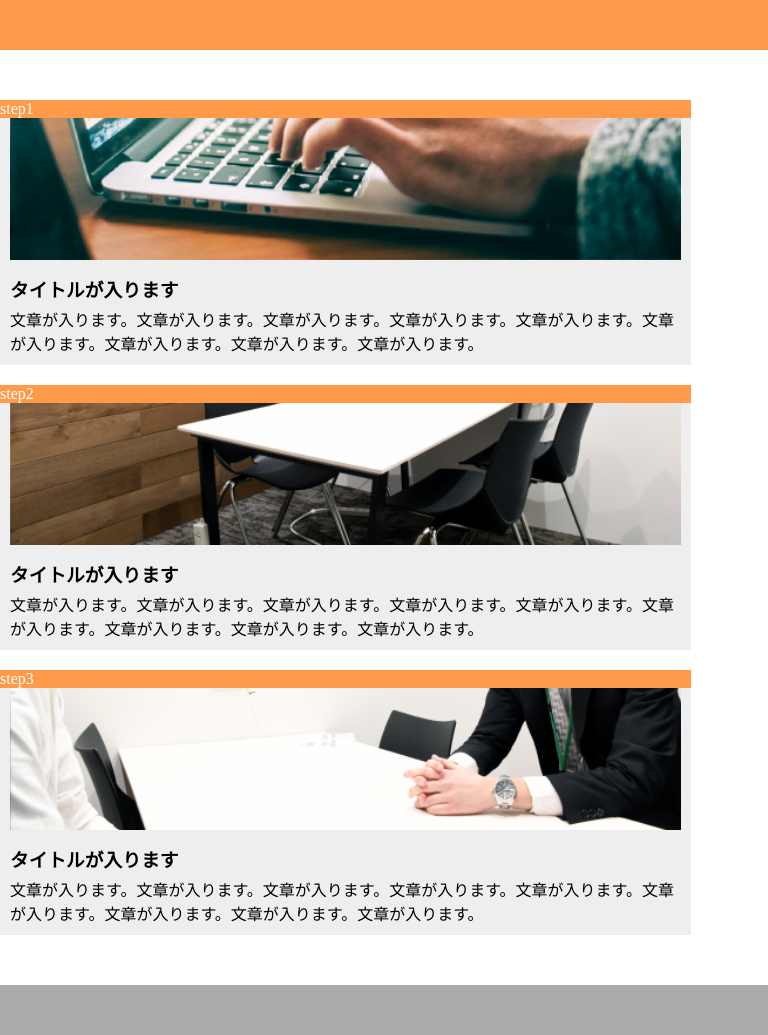
Repository: ebiten1205/kadai.html
Page: kadai 1/sample.html
The author's editor kept a record of every edit. The page is drawn from the files as they stood at one moment, then again after the next edit.
The browser window is 768 px wide. The pictures show the whole page.

Above is the page before.

After the next edit:
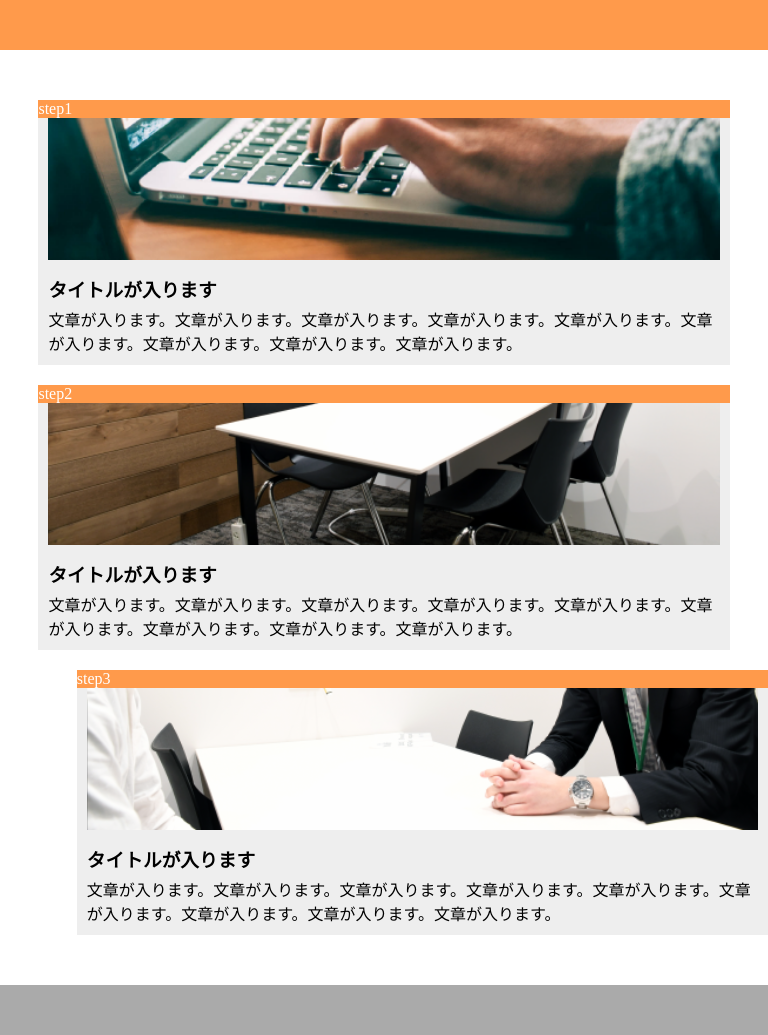
The edit:
--- a/kadai 1/style.css
+++ b/kadai 1/style.css
@@ -77,6 +77,7 @@
 
   .step-box {
     width: 90%;
+    margin: 0 auto;
     margin-bottom: 20px;
     position: relative;
     padding: 10px;
